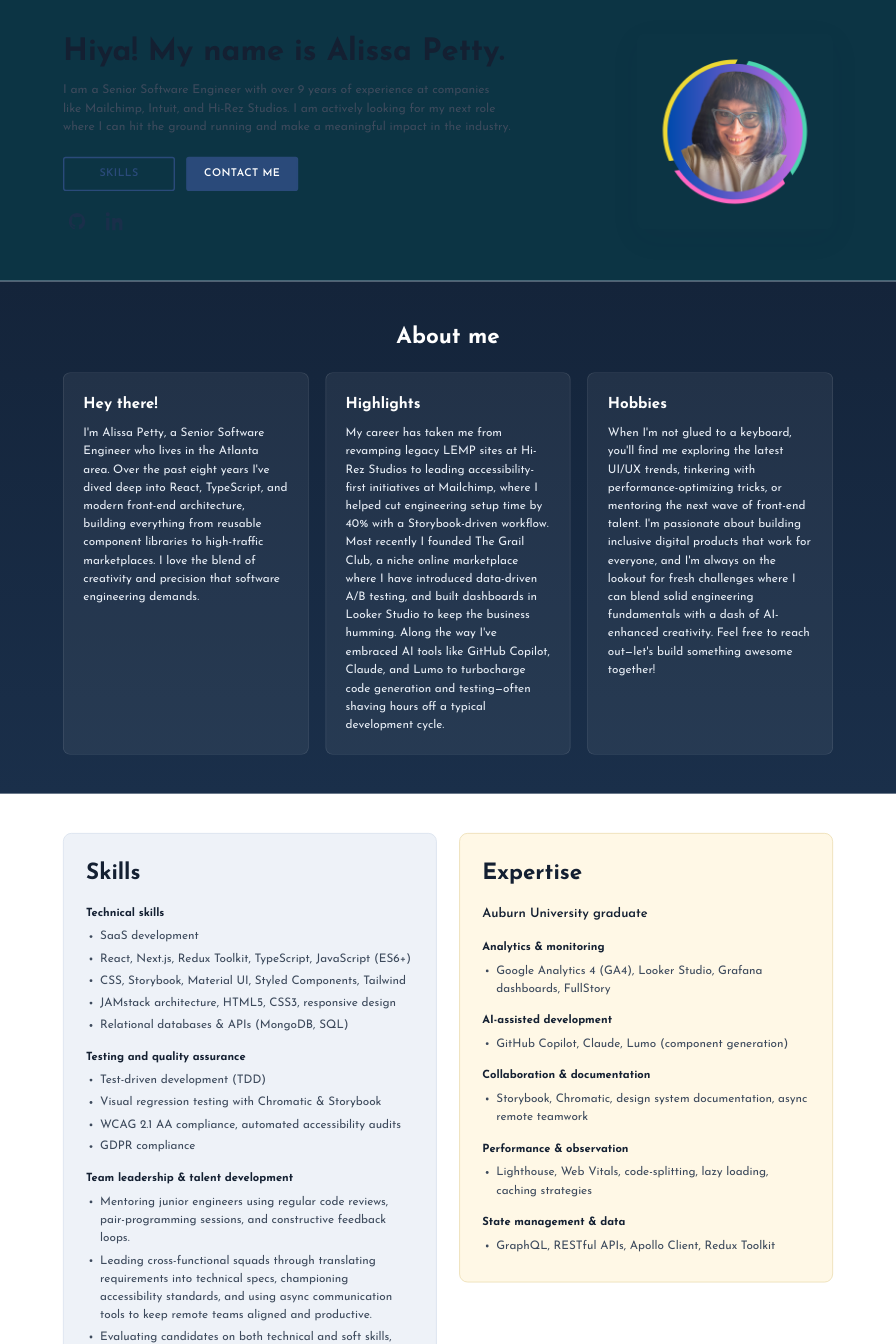
Repository: AlissaSPetty/alissa-petty-com
Page: /
An editor plug-in stored every save of this project. The page is shown before and after the next save, followed by the edit.
The browser window is 1280 px wide. The pictures show the part of the page from y = 0 to 1920 px (the page is 4094 px tall), at 70% of full size.
The project was rebuilt for these pictures with package versions that can differ from the ones it lists, and the page was loaded fresh each time. Also part of the build but not shown: vite.config.ts, src/legal.css, src/pages/LegalPage.tsx.

Above is the page before, as saved 2026-05-03 17:46:55.

After the next save:
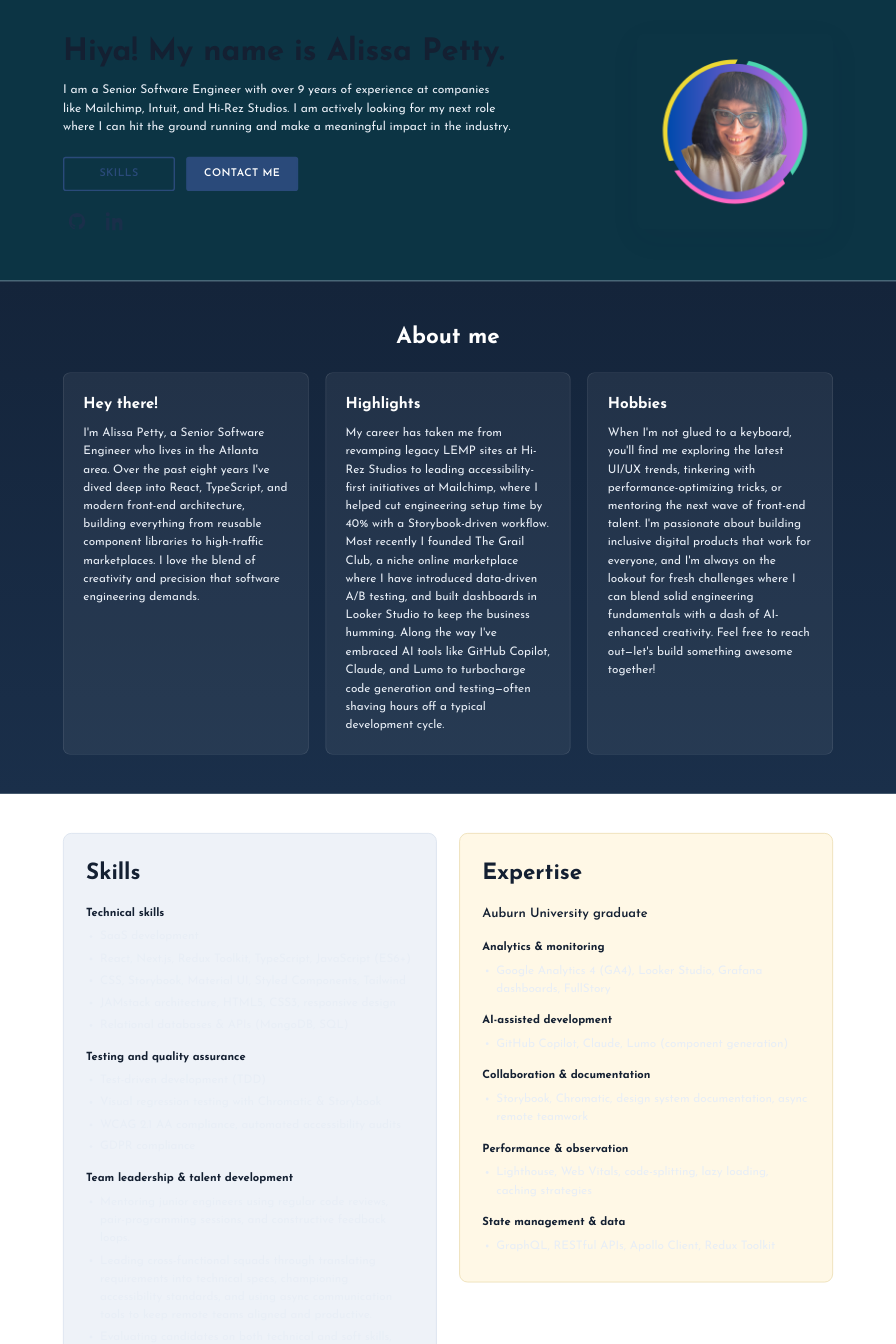
Saved 35 s later.
--- a/src/index.css
+++ b/src/index.css
@@ -2,7 +2,7 @@
 
 :root {
   --font-body: "Josefin Sans", system-ui, sans-serif;
-  --bg: #f4f7fb;
+  --bg: #0c3444;
   --bg-muted: #eef2f8;
   --surface: #ffffff;
   --navy: #1a2f4a;
@@ -36,6 +36,7 @@
   line-height: 1.55;
   color: var(--text);
   background: var(--bg);
+  color: var(--text-on-dark);
 }
 
 #root {
